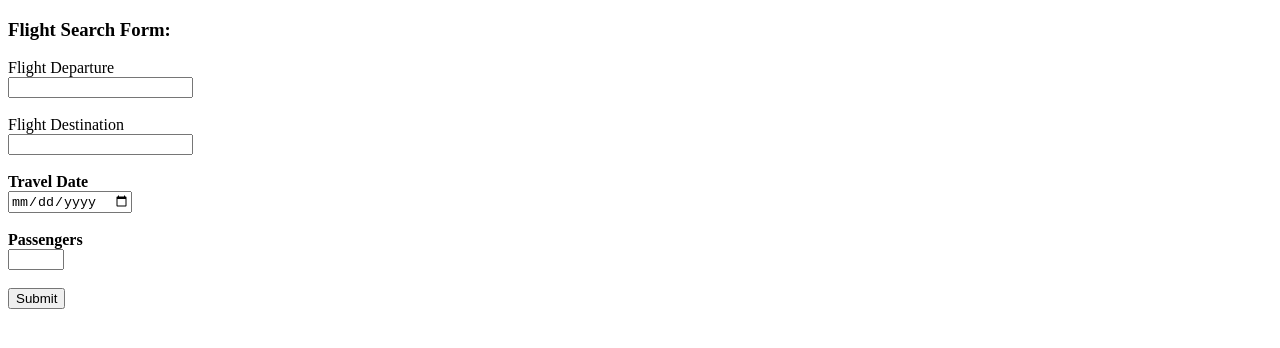
Repository: rkelly7391/SNHU_IT-634-X3894_18TW3
Page: http://localhost/RyanAirlineProject/FlightSearch
An editor plug-in stored every save of this project. The page is shown before and after the next save, followed by the edit.
The browser window is 1280 px wide. The pictures show the whole page.
The page is served by Tomcat 9.

Above is the page before, as saved 2018-03-04 23:23:40.

After the next save:
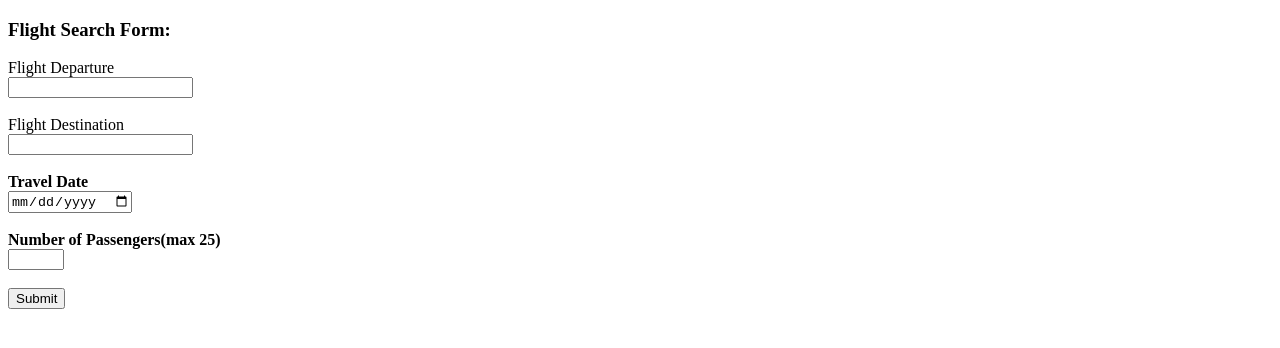
Saved 60 s later.
--- a/RyanAirlineProject/source/production/java/RyanFlightSearchServlet.java
+++ b/RyanAirlineProject/source/production/java/RyanFlightSearchServlet.java
@@ -48,10 +48,10 @@ public class RyanFlightSearchServlet extends HttpServlet {
         writer.append("<input type=\"text\" name=\"subject\"/><br/><br/>\r\n");
         writer.append("<b>Travel Date</b><br/>\r\n");
         writer.append("<input type=\"date\" name=\"travel\"/><br/><br/>\r\n");
-        writer.append("<b>Passengers</b><br/>\r\n");
+        writer.append("<b>Number of Passengers(max 25)</b><br/>\r\n");
         writer.append("<input type=\"number\" name=\"pass\" min=\"1\" max=\"25\"/><br/><br/>\r\n");
         writer.append("<input type=\"submit\" value=\"Submit\"/>\r\n");
-        writer.append("<a href=\"search\"></a>\r\n");
+//        writer.append("<a href=\"search\"></a>\r\n");
         writer.append("</form>\r\n");
 
 		this.writeFooter(writer);
